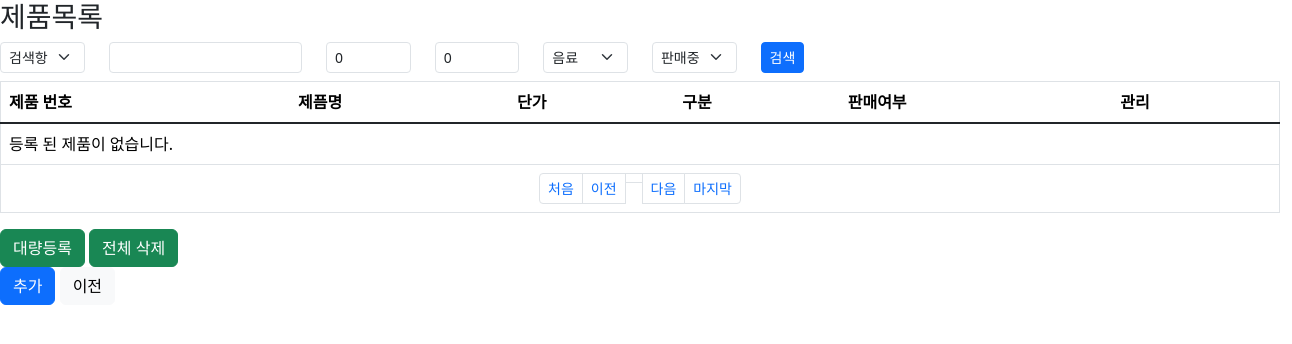
Repository: Hongsomang/spring2
Page: StarCafe/src/main/webapp/resources/view/html/product.html
An editor plug-in stored every save of this project. The page is shown before and after the next save, followed by the edit.
The browser window is 1280 px wide. The page is 1292 px wide, so the pictures cover 1292 px, including what lies to the right of the window. The pictures show the whole page.
The page's requests for data from a server got no answer.

Above is the page before, as saved 2023-03-15 06:30:26.

After the next save:
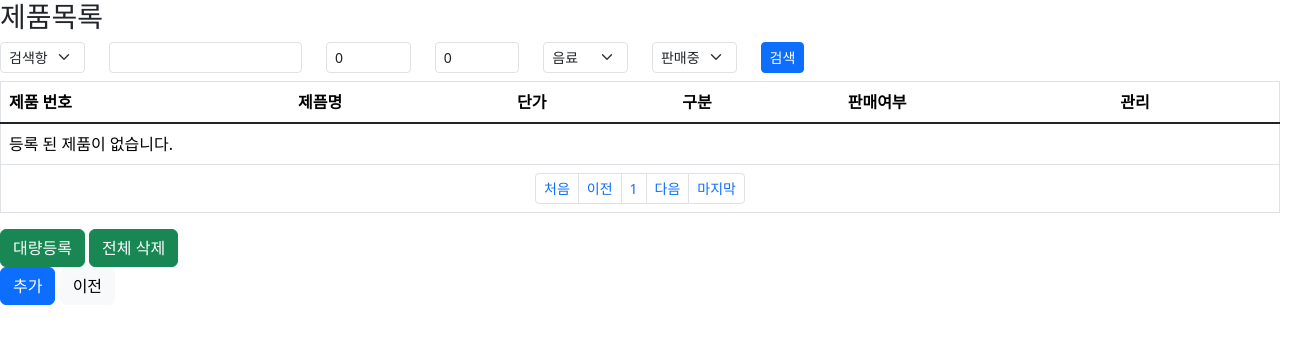
Saved 66 s later.
--- a/StarCafe/src/main/webapp/resources/view/html/product.html
+++ b/StarCafe/src/main/webapp/resources/view/html/product.html
@@ -97,7 +97,7 @@
 									href="?page="> 이전</a></li>
 
 									<li class="page-item "><a
-										class="page-link" href="?page="></a></li>
+										class="page-link" href="?page=">1</a></li>
 
 
 								<li class="page-item page-next"><a class="page-link"
